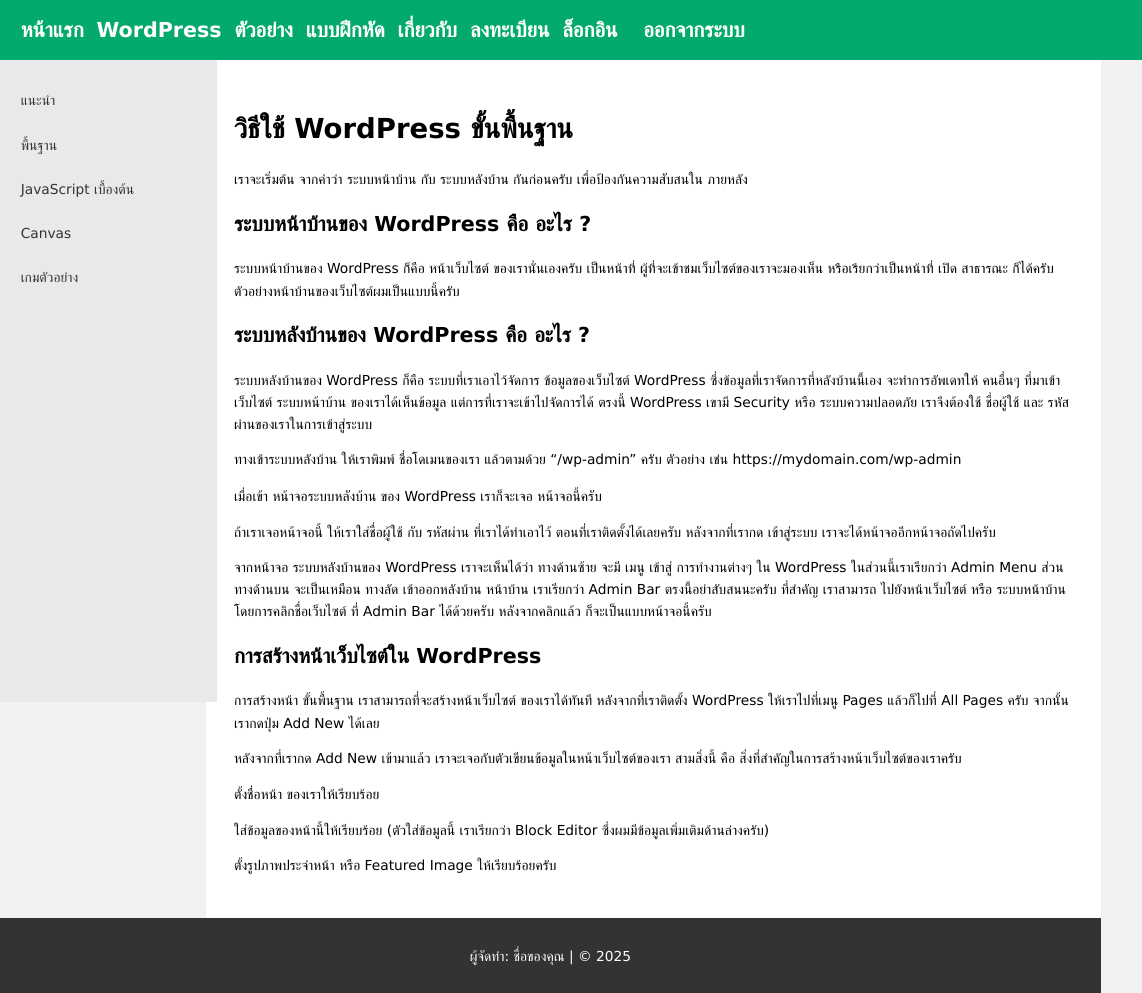
Repository: staggil/thesis
Page: lessons/basic.html
An editor plug-in stored every save of this project. The page is shown before and after the next save, followed by the edit.
The browser window is 1280 px wide. The page is 1328 px wide, so the pictures cover 1328 px, including what lies to the right of the window. The pictures show the whole page, at 86% of full size.
The page's requests for data from a server got no answer.

Above is the page before, as saved 2025-12-16 07:44:06.

After the next save:
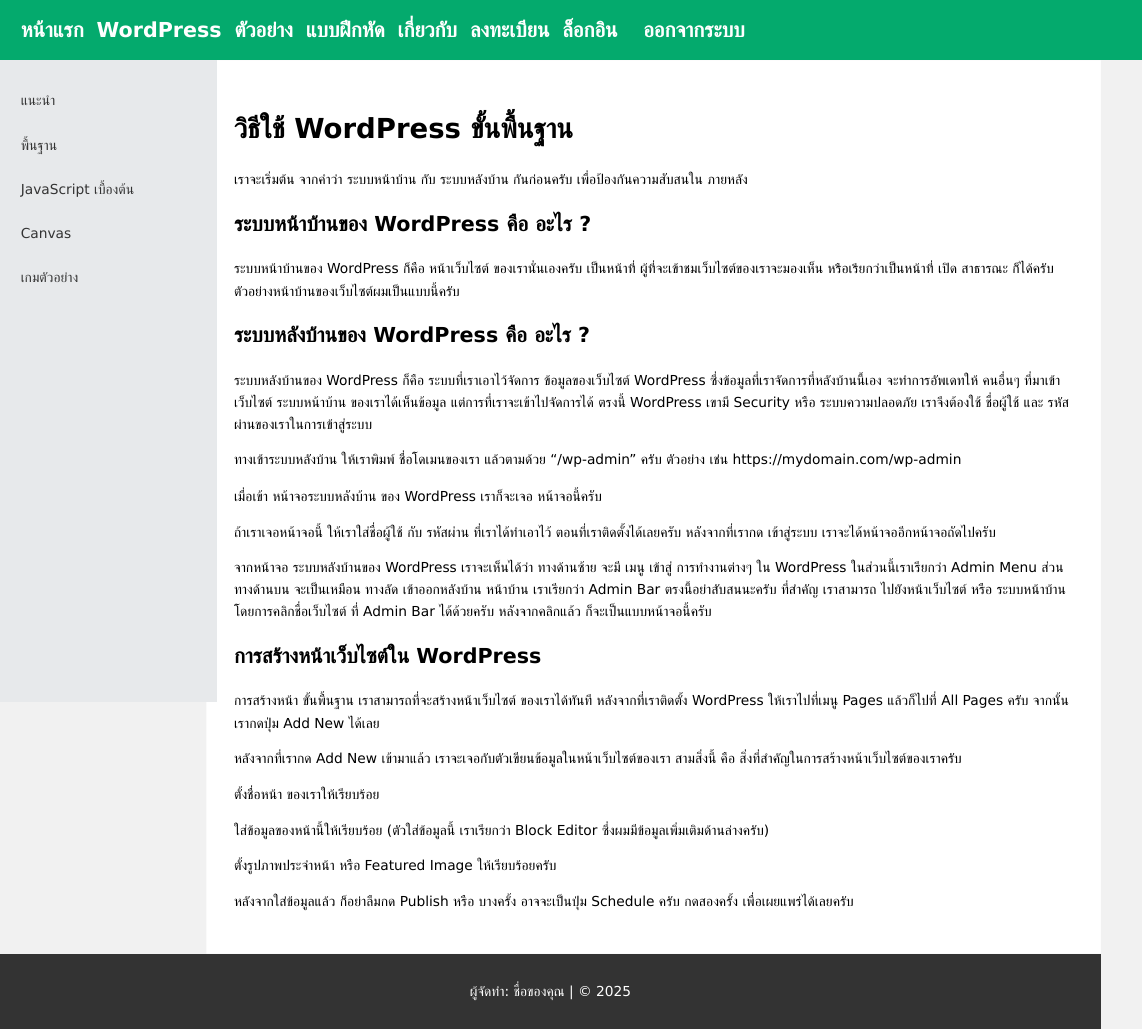
Saved 15 s later.
--- a/lessons/basic.html
+++ b/lessons/basic.html
@@ -47,6 +47,7 @@
             <p>ตั้งชื่อหน้า ของเราให้เรียบร้อย</p>
             <p>ใส่ข้อมูลของหน้านี้ให้เรียบร้อย (ตัวใส่ข้อมูลนี้ เราเรียกว่า Block Editor ซึ่งผมมีข้อมูลเพิ่มเติมด้านล่างครับ)</p>
             <p>ตั้งรูปภาพประจำหน้า หรือ Featured Image ให้เรียบร้อยครับ</p>
+            <p>หลังจากใส่ข้อมูลแล้ว ก็อย่าลืมกด Publish หรือ บางครั้ง อาจจะเป็นปุ่ม Schedule ครับ กดสองครั้ง เพื่อเผยแพร่ได้เลยครับ</p>
 
 
 
